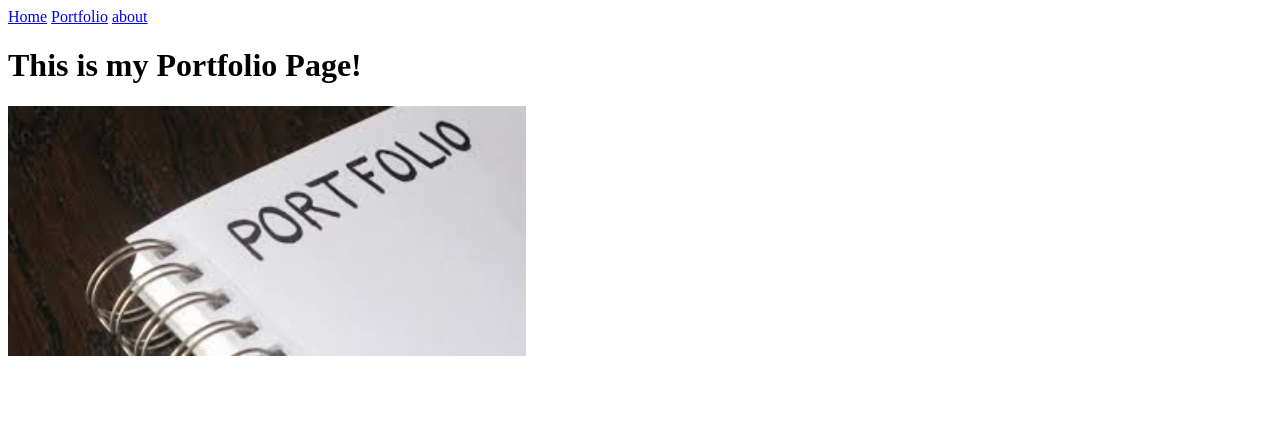
Repository: mcarias1865/mcarias1865.github.io
Page: my_website/about.html
The author's editor kept a record of every edit. The page is drawn from the files as they stood at one moment, then again after the next edit.
The browser window is 1280 px wide. The pictures show the whole page.

Above is the page before.

### my_website/about.html
<!doctype html>
	<html lang="en">
	  <head>
	    <meta charset="utf-8">
	    <title>About me</title>
	  </head>
	  <body>
    <a href="index.html">Home</a>
    <a href="portfolio.html">Portfolio</a>
    <a href="about.html">about</a>
    <h1>This is my Portfolio Page!</h1>
    <img src="images/portfolio.jpg" height="250">
    <br>
	  </body>
	</html>

After the next edit:
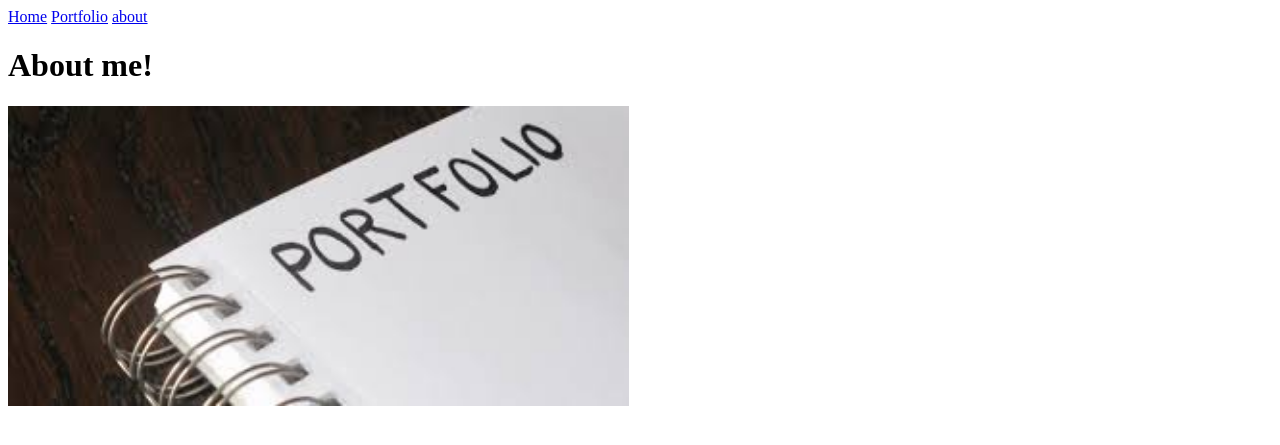
The edit:
--- a/my_website/about.html
+++ b/my_website/about.html
@@ -8,8 +8,9 @@
     <a href="index.html">Home</a>
     <a href="portfolio.html">Portfolio</a>
     <a href="about.html">about</a>
-    <h1>This is my Portfolio Page!</h1>
-    <img src="images/portfolio.jpg" height="250">
+    <h1>About me!</h1>
+    <img src="images/portfolio.jpg" height="300">
+
     <br>
 	  </body>
 	</html>
